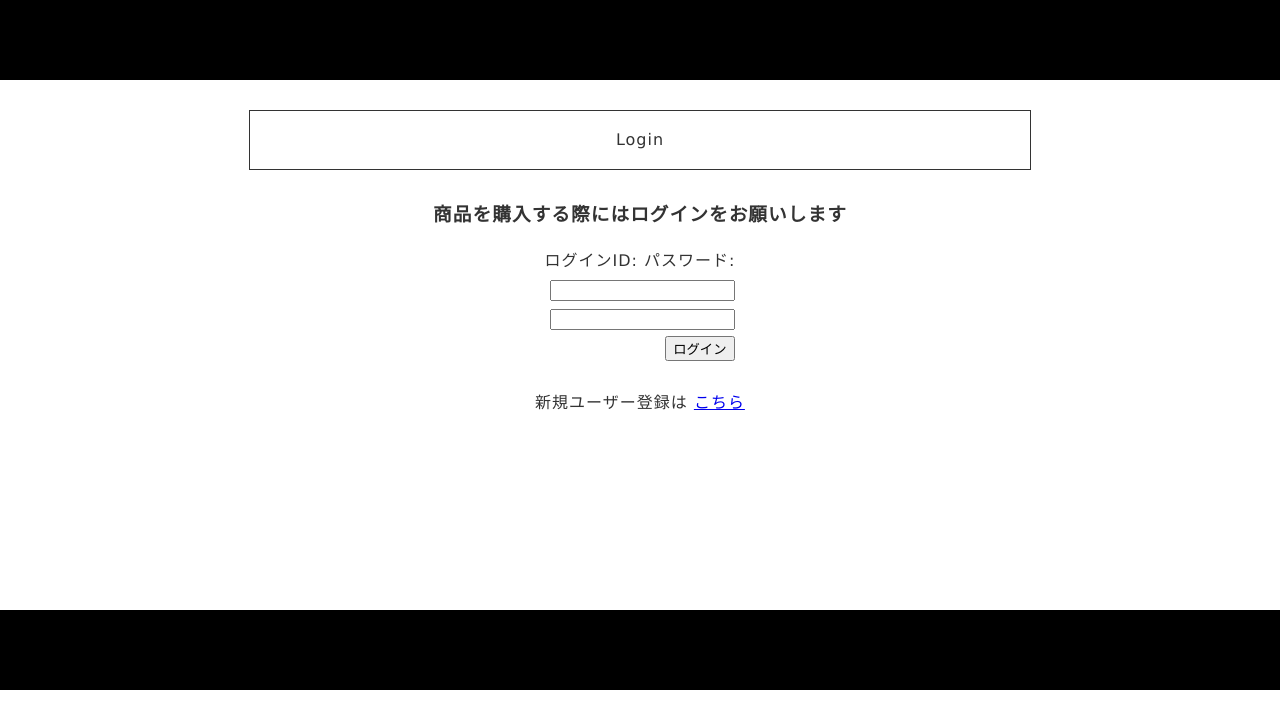
Repository: kousuke-2047/test
Page: http://localhost/template/login.jsp
These files come from the project's save history. The page is drawn as it stood at one moment and after the next save; the edit follows.
The browser window is 1280 px wide. The pictures show the whole page.
The page is served by Tomcat 9. Other server files are loaded and not shown.

Above is the page before, as saved 2018-05-29 06:55:48.

### template/WebContent/login.jsp
<%@ page language="java" contentType="text/html; charset=UTF-8"
    pageEncoding="UTF-8"%>
<%@ taglib prefix="s" uri="/struts-tags"%>
<!DOCTYPE html>
<html>
<head>
	<meta http-equiv="Content-Type" content="text/html; charset=UTF-8">
	<meta http-equiv="Content-Style-Type" content="text/css"/>
	<meta http-equiv="Content-Script-Type" content="text/javascript"/>
	<meta http-equiv="imagetoolbar" content="no"/>
	<meta name="description" content=""/>
	<meta name="keywords" content=""/>

<title>Login画面</title>
<style type = "text/css">
	body{
	margin:0;
	padding:0;
	line-height:1.6;
	letter-spacing:1px;
	font-family:Verdana,Helvetica,sans-serif;
	color:#333;
	background:#fff;
	}
	table{
	text-align:center;
	margin:0 auto;
	}
	#top{
	width:780px;
	margin:30px auto;
	border:1px solid #333;
	}
	#header{
	width:100%;
	height:80px;
	background-color:black;
	}
	#main{
	width:100%;
	height:500px;
	text-align:center;
	}
	#footer{
	width:100%;
	height:80px;
	background-color:black;
	clear:both;
	}
</style>
</head>
<body>
	<div id="header">
	<div id ="pr">
	</div></div>

	<div id="main">
	<div id ="top">
	<p>Login</p>
	</div>
	<div>
		<h3>商品を購入する際にはログインをお願いします</h3>
		<s:form action = "LoginAction">
			ログインID:<s:textfield name = "loginUserId"/>
			パスワード:<s:password name = "loginPassword"/>
			<s:submit value="ログイン"/>
		</s:form>
		<br/>
		<div>
			<span>新規ユーザー登録は
			<a href ='<s:url action ="UserCreateAction"/>'>こちら</a>
			</span>
		</div>
	</div>
	</div>
	<div id ="footer">
	<div id = "pr"></div>
	</div>

</body>
</html>

After the next save:
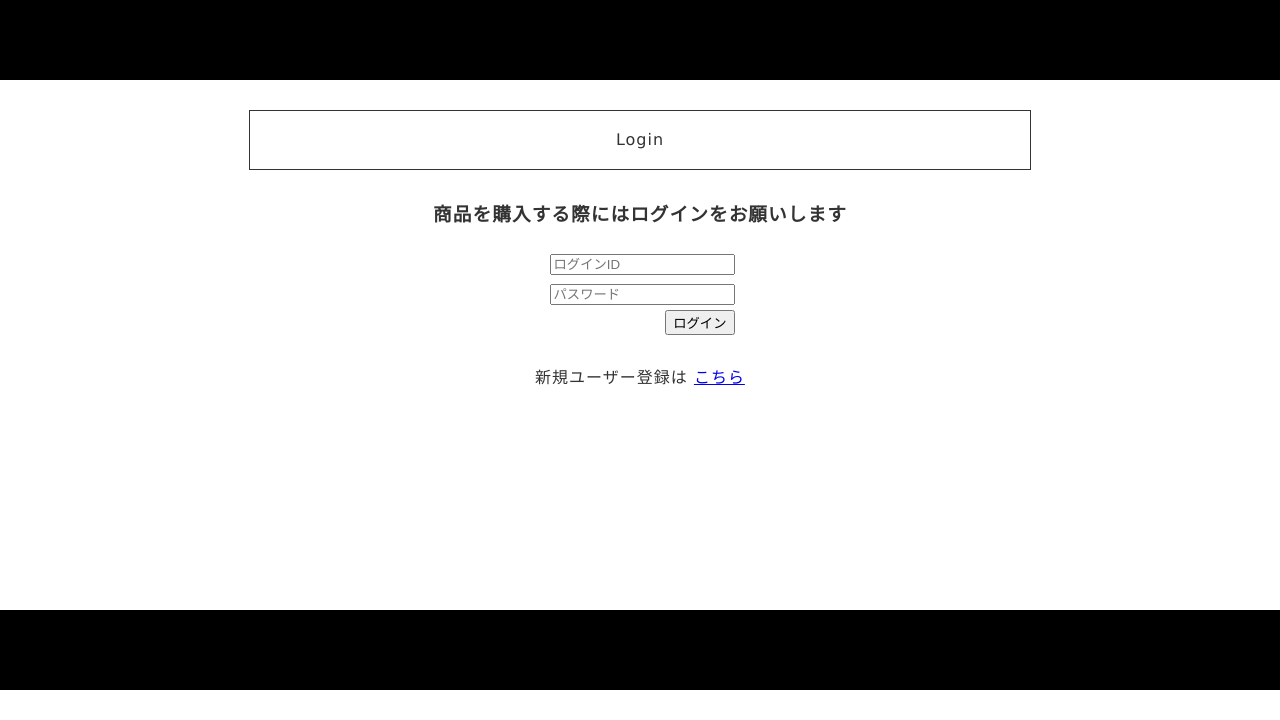
Saved 2 min 15 s later.
--- a/template/WebContent/login.jsp
+++ b/template/WebContent/login.jsp
@@ -61,8 +61,8 @@
 	<div>
 		<h3>商品を購入する際にはログインをお願いします</h3>
 		<s:form action = "LoginAction">
-			ログインID:<s:textfield name = "loginUserId"/>
-			パスワード:<s:password name = "loginPassword"/>
+			<s:textfield name = "loginUserId" placeholder="ログインID"/>
+			<s:password name = "loginPassword" placeholder="パスワード"/>
 			<s:submit value="ログイン"/>
 		</s:form>
 		<br/>
